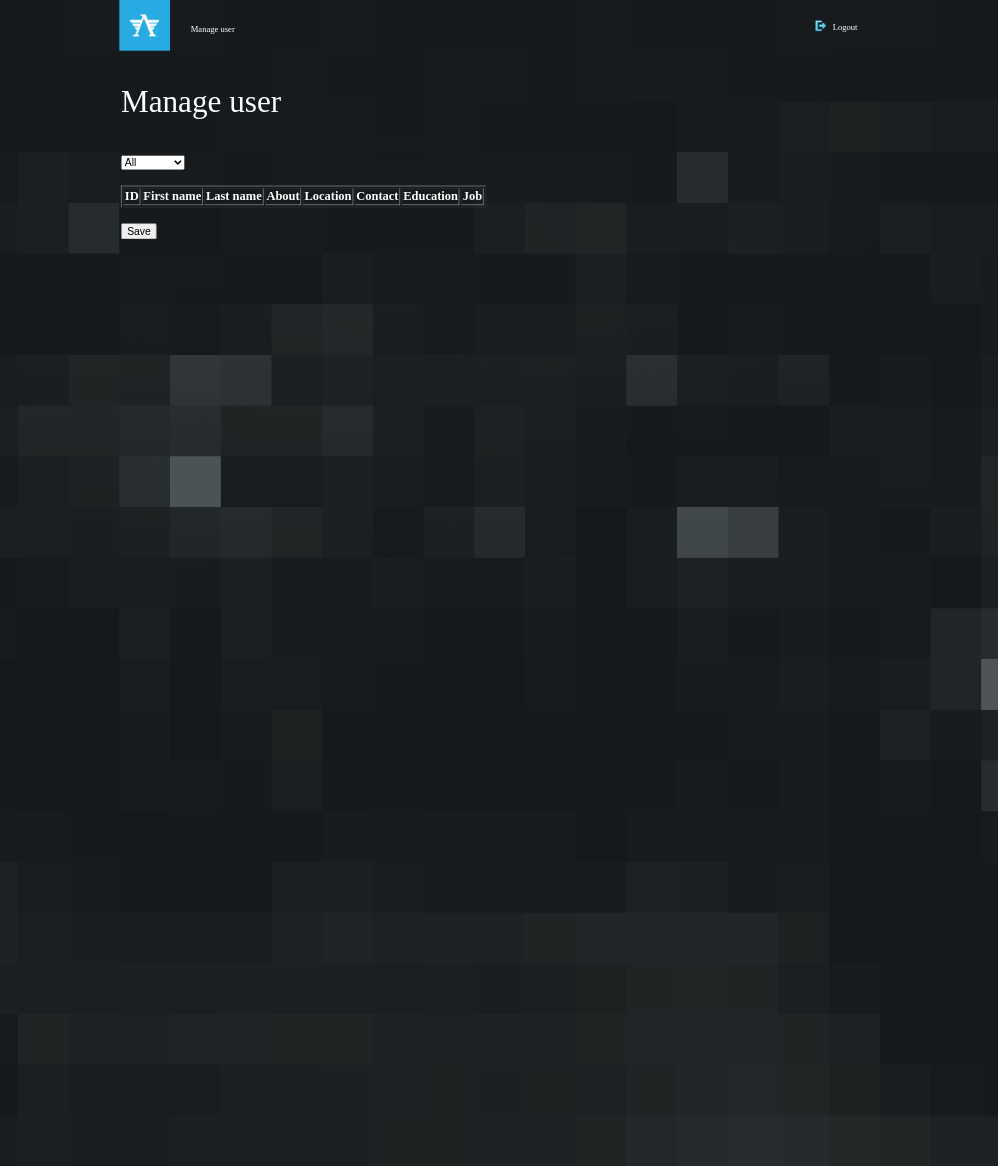
Repository: golfbadly/profile-spring-mvc
Page: http://localhost/Profile/WEB-INF/jsp/admin.jsp
The author's editor kept a copy of each file at every save. The page is drawn from the files as they stood at one save, then again after the next save.
The browser window is 1280 px wide. The pictures show the whole page, at 78% of full size.
The page is served by Tomcat 9. Nobody is signed in. The template is opened directly, without the code that normally fills it, so the values that code supplies are empty.

Above is the page before, as saved 2014-09-26 12:31:51.

After the next save:
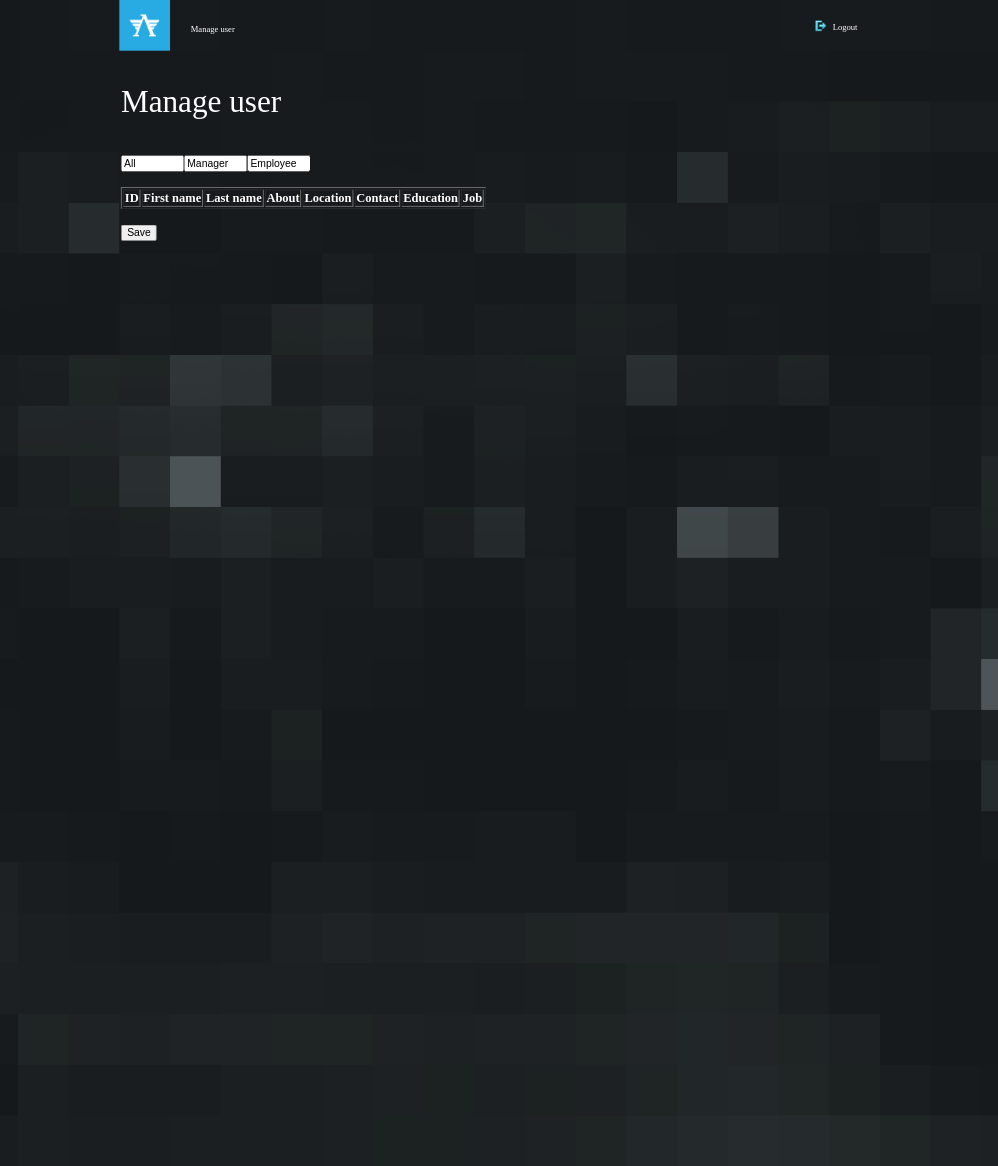
Saved 5 min 52 s later.
--- a/Profile/WebContent/WEB-INF/jsp/admin.jsp
+++ b/Profile/WebContent/WEB-INF/jsp/admin.jsp
@@ -43,12 +43,13 @@
 
 			<form name="form" method="POST" action="Admin">
 				<TABLE BORDER="1">
-					<select id="map" name="map" onchange="Assign()">
+				<!--  	<select id="map" name="map" onchange="Assign()">
 						<option value="All">All</option>
 						<option value="Manager">Manager</option>
 						<option value="Employee">Employee</option>
-					</select>
-
+					</select>  -->
+					<input type="buttom" value="All" size="7" /><input type="buttom" value="Manager" size="7" />
+					<input type="buttom" value="Employee" size="7" />
 					<br>
 					<br>
 					<TR>
